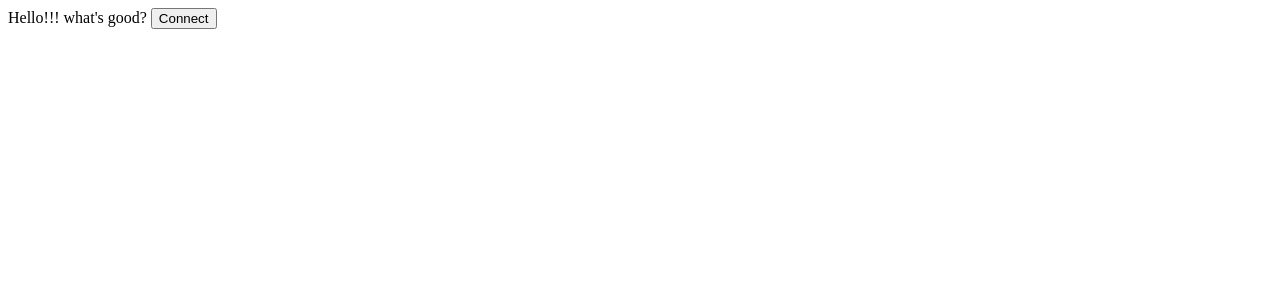
Repository: southernDave/html-frontend
Page: index.html
These files come from the project's save history. The page is drawn as it stood at one moment and after the next save; the edit follows.
The browser window is 1280 px wide. The pictures show the whole page.

Above is the page before, as saved 2022-06-09 15:29:54.

After the next save:
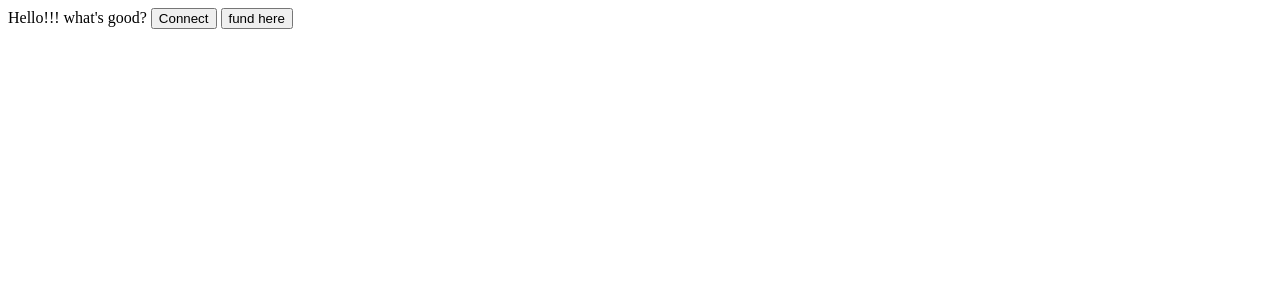
Saved 54 s later.
--- a/index.html
+++ b/index.html
@@ -12,5 +12,6 @@
 
     </script>
     <button id="connectButton" onclick="connect()">Connect</button>
+    <button id="fund" onclick="fund()">fund here</button>
 </body>
 </html>
